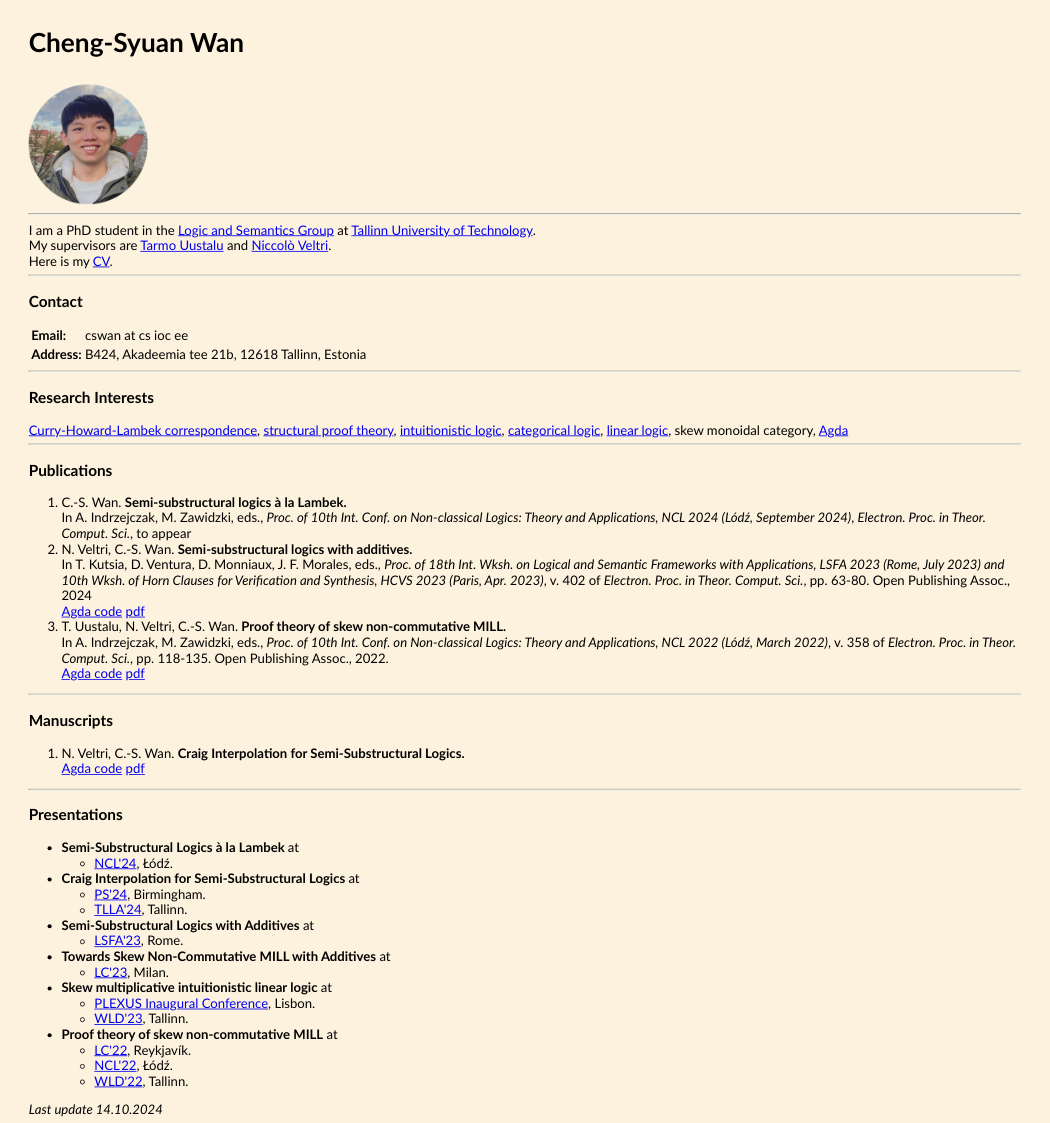
Repository: cswphilo/cswphilo.github.io
Page: index.html
The author's editor kept a copy of each file at every save. The page is drawn from the files as they stood at one save, then again after the next save.
The browser window is 1280 px wide. The pictures show the whole page, at 82% of full size.

Above is the page before, as saved 2024-10-14 10:35:45.

After the next save:
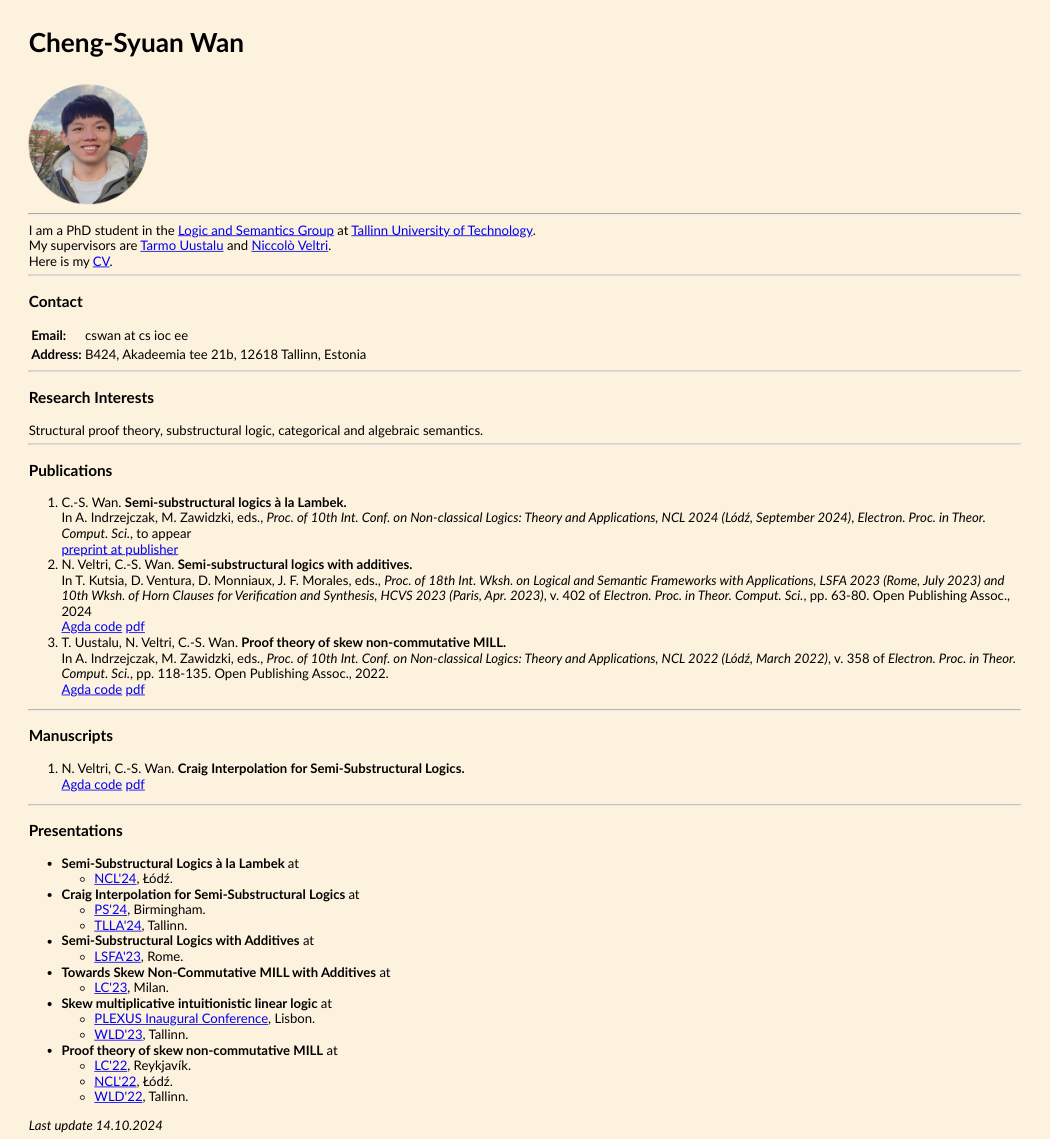
Saved 2 days later.
--- a/index.html
+++ b/index.html
@@ -45,6 +45,7 @@
     <hr/>
     <div>
         <h3>Research Interests</h3>
+        Structural proof theory, substructural logic, categorical and algebraic semantics.
         <!-- I am interested in structural proof theory and its connection with other disciplines.
         <br/>
         In particular, I am now working on
@@ -54,7 +55,7 @@
             <li>formalization of aforementioned proof systems in Agda.</li>
         </ul> -->
 <!-- Keywords:  -->
-<a href="https://en.wikipedia.org/wiki/Curry%E2%80%93Howard_correspondence">Curry-Howard-Lambek correspondence</a>, <a href="https://plato.stanford.edu/entries/proof-theory/#NewLogiCalc">structural proof theory</a>, <a href="https://plato.stanford.edu/entries/logic-intuitionistic/">intuitionistic logic</a>, <a href="https://en.wikipedia.org/wiki/Categorical_logic">categorical logic</a>, <a href="https://plato.stanford.edu/entries/logic-linear/">linear logic</a>, skew monoidal category, <a href="https://agda.readthedocs.io/en/v2.6.2.2/getting-started/what-is-agda.html">Agda</a>
+<!-- <a href="https://en.wikipedia.org/wiki/Curry%E2%80%93Howard_correspondence">Curry-Howard-Lambek correspondence</a>, <a href="https://plato.stanford.edu/entries/proof-theory/#NewLogiCalc">structural proof theory</a>, <a href="https://plato.stanford.edu/entries/logic-intuitionistic/">intuitionistic logic</a>, <a href="https://en.wikipedia.org/wiki/Categorical_logic">categorical logic</a>, <a href="https://plato.stanford.edu/entries/logic-linear/">linear logic</a>, skew monoidal category, <a href="https://agda.readthedocs.io/en/v2.6.2.2/getting-started/what-is-agda.html">Agda</a> -->
     </div>
     <hr/>
     <div>
@@ -64,8 +65,8 @@
         <br />
             In A. Indrzejczak, M. Zawidzki, eds., <em>Proc. of 10th Int. Conf. on Non-classical Logics: Theory and Applications, NCL 2024 (Lódź, September 2024)</em>, <em>Electron. Proc. in Theor. Comput. Sci.</em>, to appear
         <br />
-            <!-- <a href="https://github.com/cswphilo/SkewMonAdd">Agda code</a>
-            <a href="https://cgi.cse.unsw.edu.au/~eptcs/paper.cgi?LSFA2023.8.pdf">pdf</a> -->
+            <!-- <a href="https://github.com/cswphilo/SkewMonAdd">Agda code</a>  -->
+            <a href="https://cgi.cse.unsw.edu.au/~eptcs/paper.cgi?NCL24.18.pdf">preprint at publisher</a>
         </li>
         <li>N. Veltri, C.-S. Wan. <b>Semi-substructural logics with additives.</b>
         <br />
